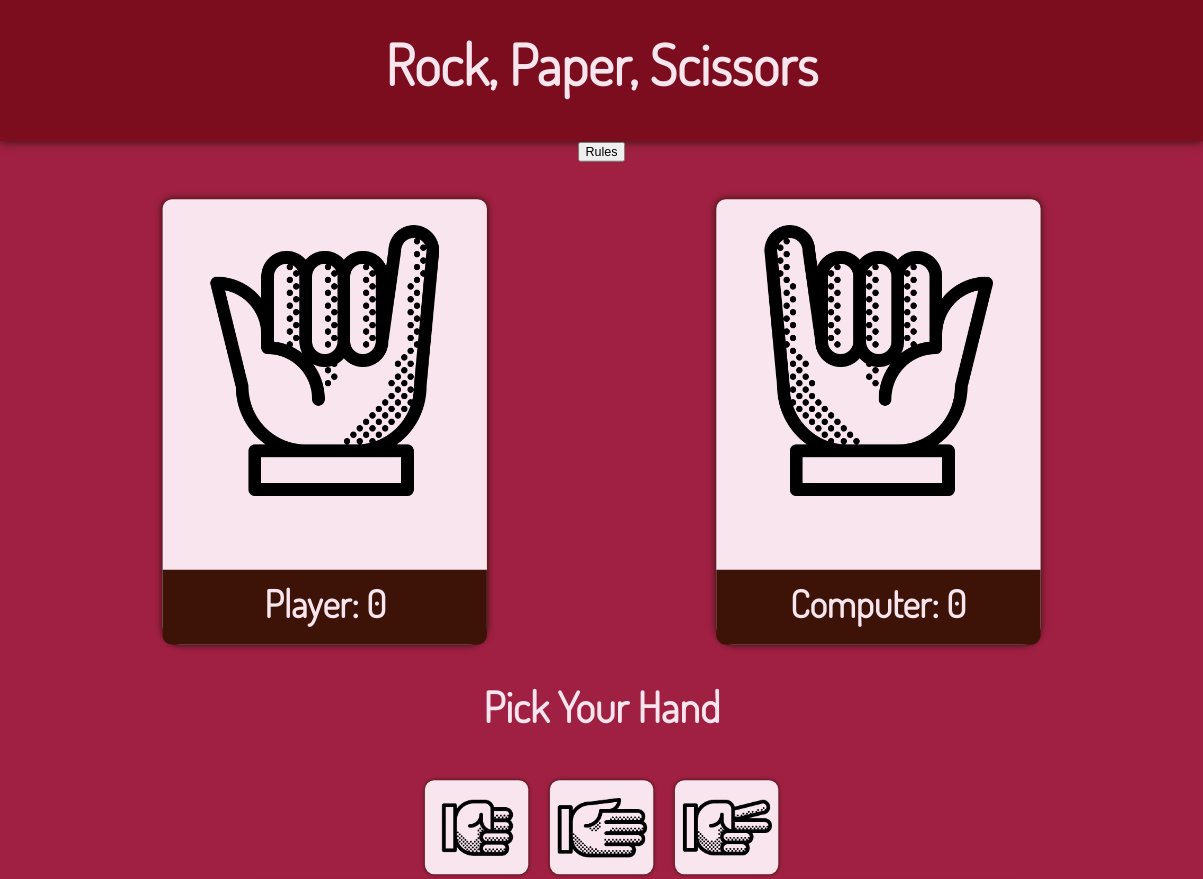
Repository: shayanabedi98/rock-paper-scissors
Page: index.html
These files come from the project's save history. The page is drawn as it stood at one moment and after the next save; the edit follows.
The browser window is 1280 px wide. The pictures show the whole page, at 94% of full size.

Above is the page before, as saved 2023-07-14 19:40:51.

After the next save:
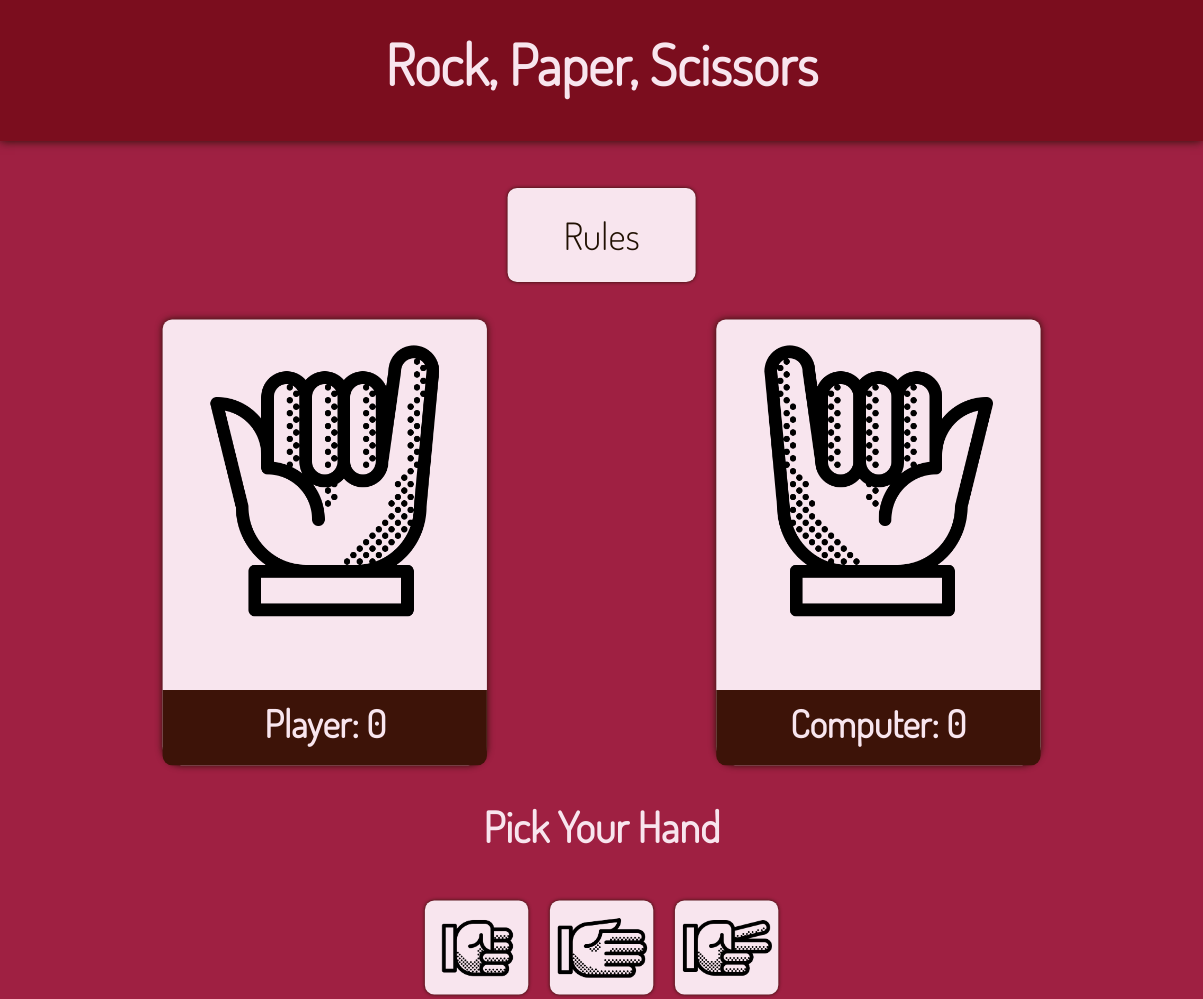
Saved 43 s later.
--- a/styles.css
+++ b/styles.css
@@ -22,6 +22,21 @@ h1 {
 
 .rules-btn {
     text-align: center;
+}
+
+.rules-btn button {
+    font-family: 'Dosis', sans-serif;
+    font-size: 40px;
+    font-family: 'Dosis', sans-serif;
+    background-color: #F8E5EE;
+    color: #211103;
+    width: 200px;
+    height: 100px;
+    cursor: pointer;
+    border: 0;
+    border-radius: 10px;
+    box-shadow: 0 0 4px 0 #211103;
+    margin-top: 50px;
 }
 
 .caption {
